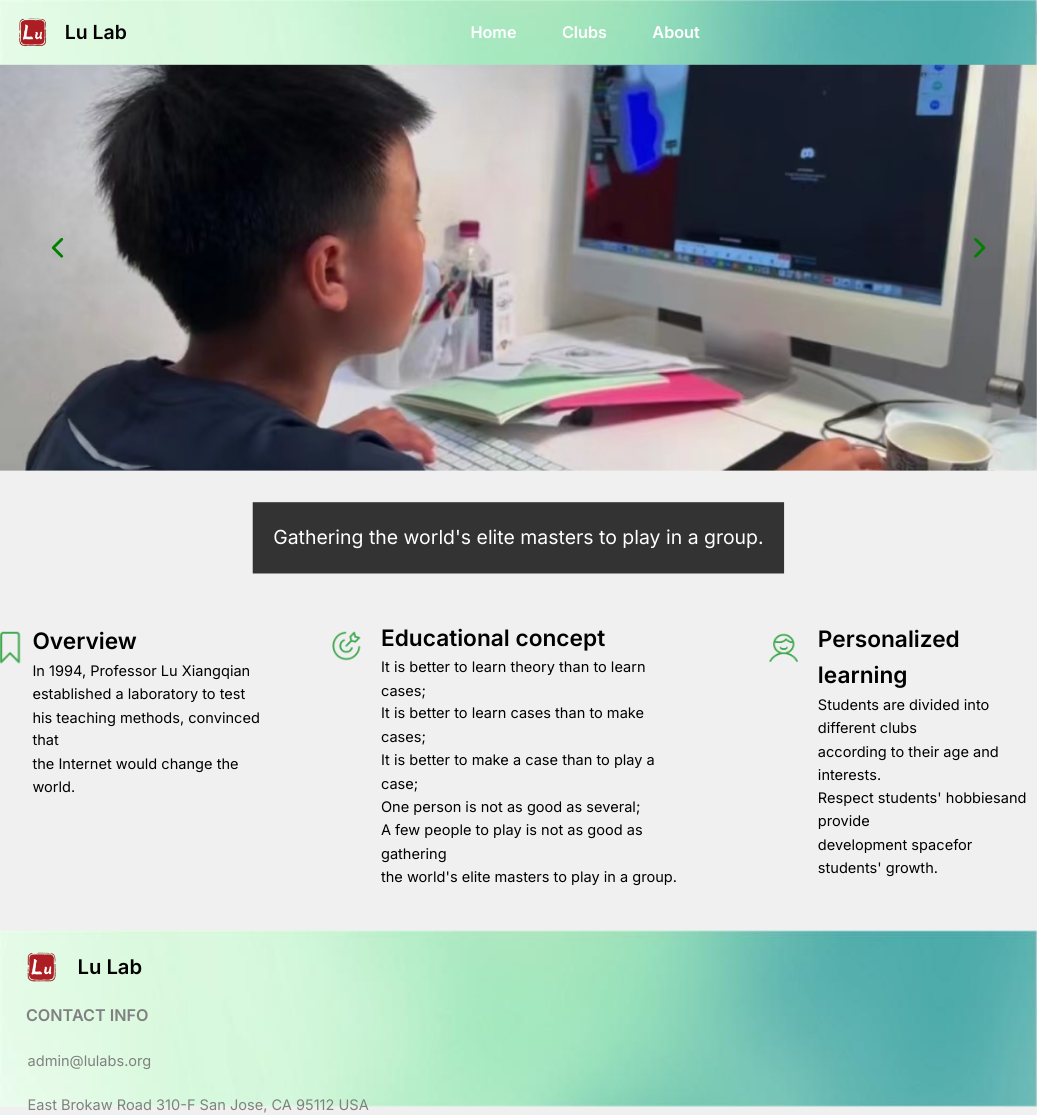
Repository: proflulab/lulab_website_next_js
Page: /
These files come from the project's save history. The page is drawn as it stood at one moment and after the next save; the edit follows.
The browser window is 1280 px wide. The pictures show the whole page, at 81% of full size.
The project was rebuilt for these pictures with package versions that can differ from the ones it lists, and the page was loaded fresh each time. The framework's server and built-in components were replaced by stand-ins that run in the browser. Also part of the build but not shown: next.config.js, next.config.mjs.

Above is the page before, as saved 2023-12-27 21:06:35.

After the next save:
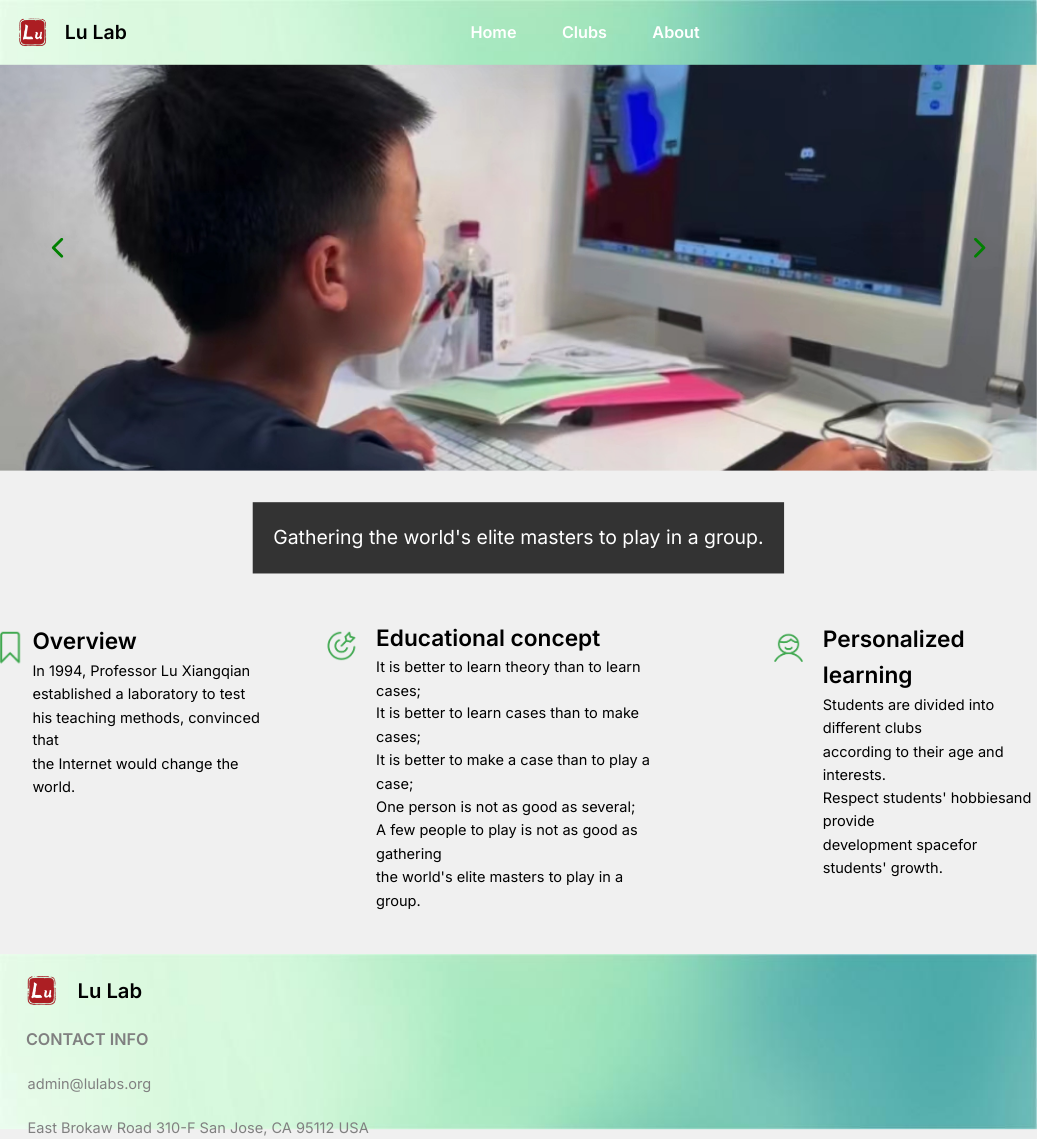
Saved 12 s later.
--- a/app/page.tsx
+++ b/app/page.tsx
@@ -363,7 +363,7 @@ const Home: React.FC = () => {
                 </p>
               </div>
             </div>
-            <div style={{ flex: "1", marginLeft: "20px" }}>
+            <div style={{ flex: "1", marginLeft: "40px" }}>
               <Image src="/Person.png" alt="" width={35} height={35} />
               <div style={{ marginLeft: "60px" }}>
                 <p
